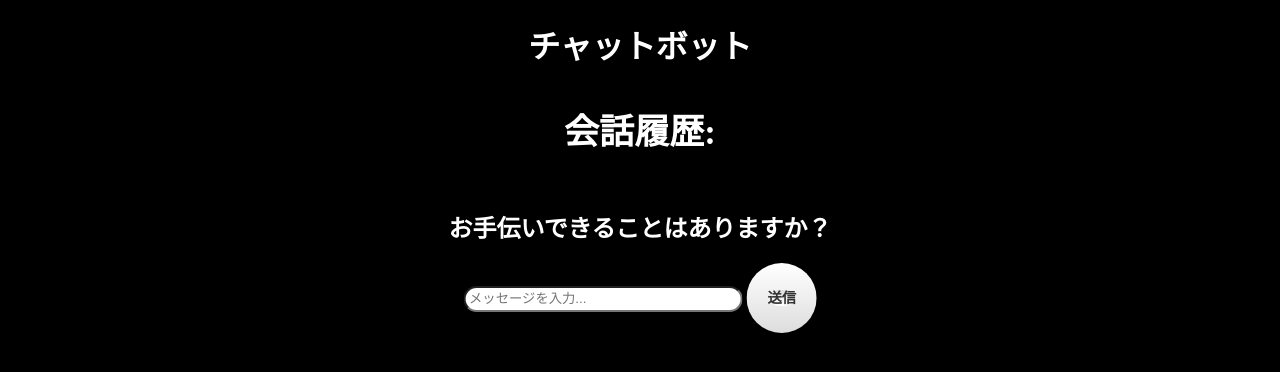
Repository: takumidayo0904/chatbot
Page: http://localhost/ChatBot/
These files come from the project's save history. The page is drawn as it stood at one moment and after the next save; the edit follows.
The browser window is 1280 px wide. The pictures show the whole page.
The page is served by Tomcat 9.

Above is the page before, as saved 2025-02-03 10:10:03.

After the next save:
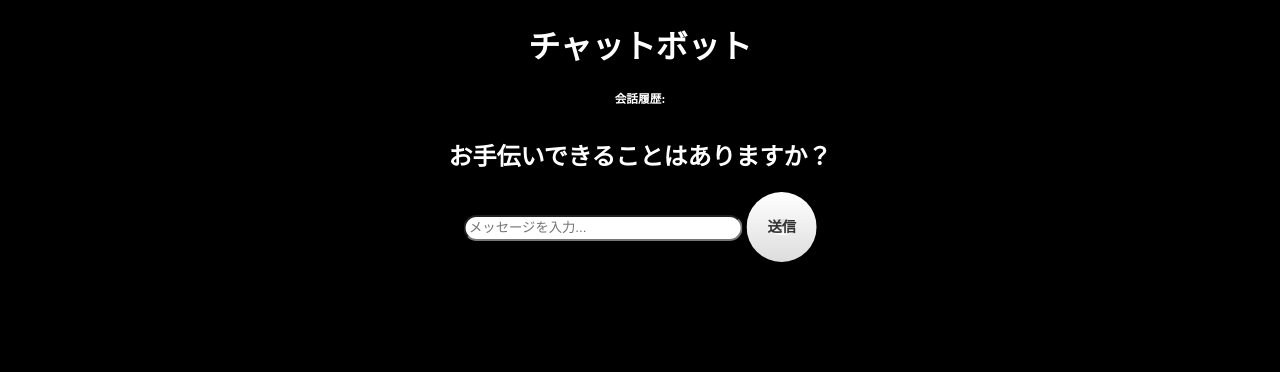
Saved 15 s later.
--- a/ChatBot/WebContent/index.jsp
+++ b/ChatBot/WebContent/index.jsp
@@ -33,7 +33,7 @@ body {
 
 .chat-messages {
 	color: #FFFFFF;
-	font-size: 30px;
+	font-size: 10px;
 }
 
 .button-46:hover {
